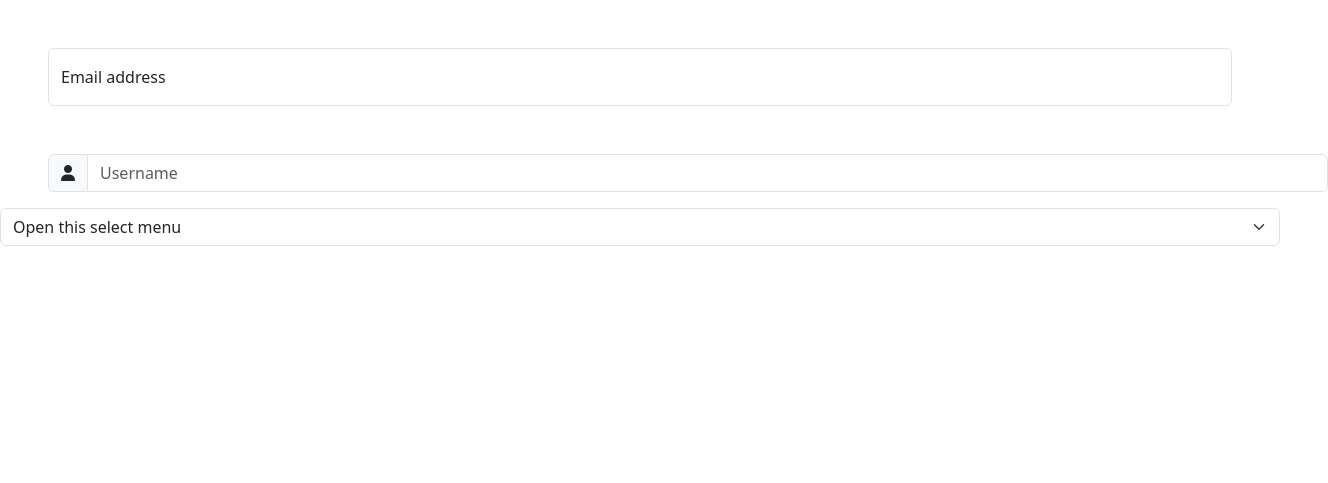
Repository: Riyakashiwala/practical
Page: riya 6th sem/form.html
An editor plug-in stored every save of this project. The page is shown before and after the next save, followed by the edit.
The browser window is 1280 px wide. The page is 1328 px wide, so the pictures cover 1328 px, including what lies to the right of the window. The pictures show the whole page.

Above is the page before, as saved 2024-12-12 06:08:33.

After the next save:
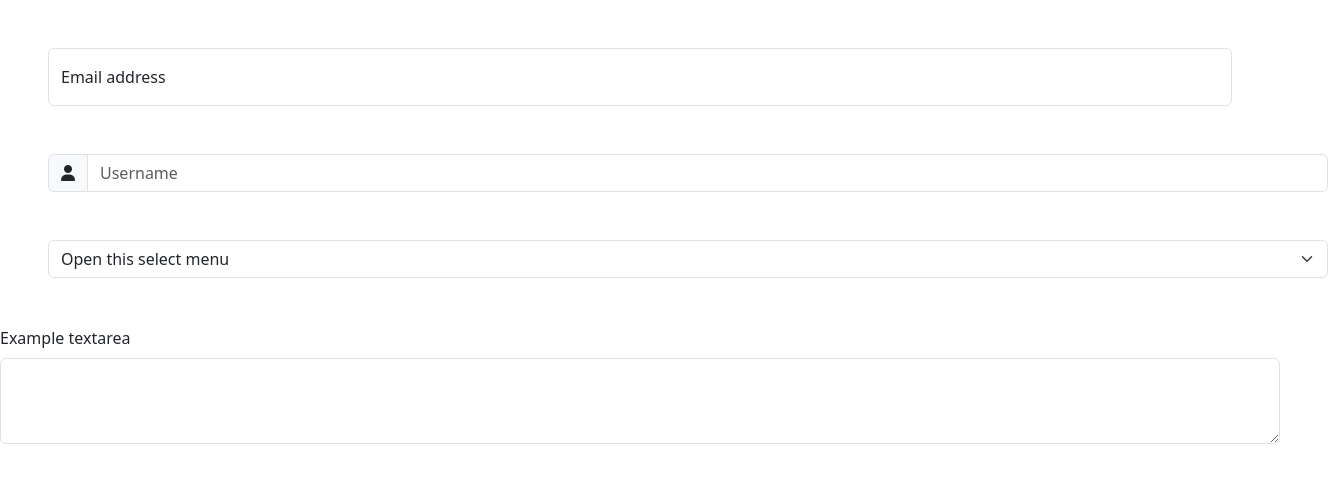
Saved 83 s later.
--- a/riya 6th sem/form.html
+++ b/riya 6th sem/form.html
@@ -19,12 +19,17 @@
         <input type="text" class="form-control" placeholder="Username" aria-label="Username" aria-describedby="basic-addon1">
     </div>
 
-    <select class="form-select m" aria-label="Default select example">
+    <select class="form-select m-5" aria-label="Default select example">
         <option selected>Open this select menu</option>
         <option value="1">BCA</option>
         <option value="2">BBA</option>
         <option value="3">MCA</option>
     </select>
+
+    <div class="mb-3">
+        <label for="exampleFormControlTextarea1" class="form-label">Example textarea</label>
+        <textarea class="form-control" id="exampleFormControlTextarea1" rows="3"></textarea>
+      </div>
     <script src="https://cdn.jsdelivr.net/npm/bootstrap@5.3.3/dist/js/bootstrap.bundle.min.js" integrity="sha384-YvpcrYf0tY3lHB60NNkmXc5s9fDVZLESaAA55NDzOxhy9GkcIdslK1eN7N6jIeHz" crossorigin="anonymous"></script>
 </body>
 </html>
